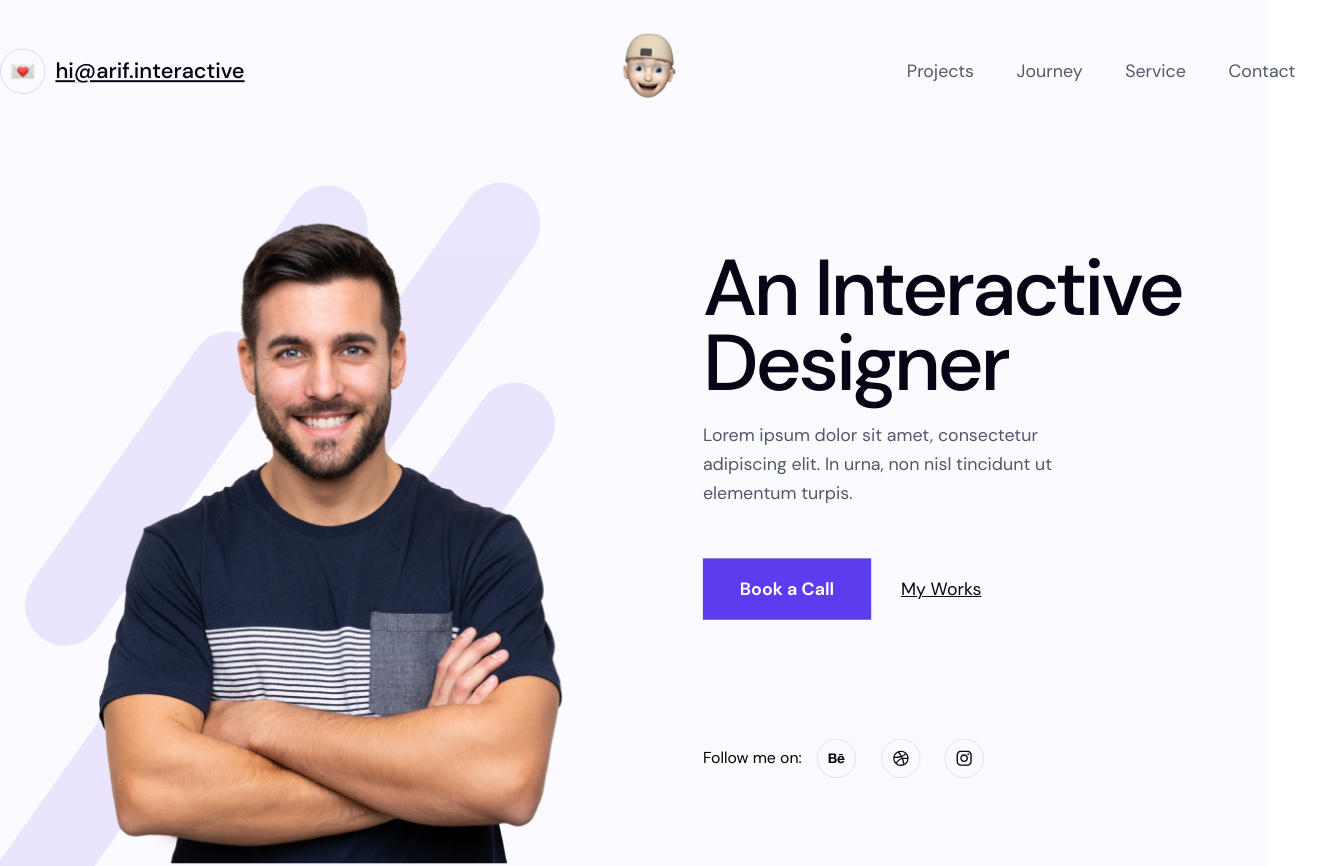
Repository: trantangtuan/project-06-grid-system12column-demo
Page: index.html
An editor plug-in stored every save of this project. The page is shown before and after the next save, followed by the edit.
The browser window is 1280 px wide. The page is 1330 px wide, so the pictures cover 1330 px, including what lies to the right of the window. The pictures show the whole page, at 99% of full size.

Above is the page before, as saved 2024-07-13 21:16:25.

### index.html
<!DOCTYPE html>
<html lang="en">
  <head>
    <meta charset="UTF-8" />
    <meta name="viewport" content="width=device-width, initial-scale=1.0" />
    <title>Project - 06 - use grid systerm 12 column</title>
    <!-- reset css -->
    <link rel="stylesheet" href="./assets/css/reset.css" />
    <!-- grid css -->
    <link rel="stylesheet" href="./assets/css/grid.css" />
    <!-- style css -->
    <link rel="stylesheet" href="./assets/css/style.css" />
    <!-- responsive css -->
    <link rel="stylesheet" href="./assets/css/responsive.css" />
    <!-- font DM sans -->
    <link rel="stylesheet" href="./assets/Font/stylesheet.css" />
  </head>
  <body>
    <!-- header -->
    <header class="header">
      <div class="nav">
        <div class="nav__mail">
          <div class="nav__mail-icon">
            <img
              class="nav__mail-img"
              src="./assets/img/mail-icon.png"
              alt="mail icon"
            />
          </div>
          <a
            href="mailto:nguyenvancuong0345723186@gmail.com"
            class="nav__mail-desc"
          >
            hi@arif.interactive
          </a>
        </div>
        <div class="logo">
          <img src="./assets/img/logo-boy.svg" alt="logo" class="logo-img" />
        </div>
        <ul class="navbar">
          <li>
            <a href="#!" class="navbar__item">Projects</a>
          </li>
          <li>
            <a href="#!" class="navbar__item">Journey</a>
          </li>
          <li>
            <a href="#!" class="navbar__item">Service</a>
          </li>
          <li>
            <a href="#!" class="navbar__item">Contact</a>
          </li>
        </ul>
      </div>
    </header>
    <!-- main -->
    <main class="main">
      <!-- hero -->
      <div class="hero">
        <div class="container">
          <div class="hero__left">
            <img
              class="group-rectangle__left"
              src="./assets/img/group-rectangle-left.svg"
              alt=""
            />
            <img
              src="./assets/img/hero-img.png"
              alt="image hero"
              class="hero__img"
            />
          </div>
          <div class="hero__right">
            <h1 class="hero__title">An Interactive Designer</h1>
            <p class="hero__desc">
              Lorem ipsum dolor sit amet, consectetur adipiscing elit. In urna,
              non nisl tincidunt ut elementum turpis.
            </p>
            <div class="hero__cta">
              <a href="#!" class="btn btn__book-call">Book a Call</a>
              <a href="#!" class="btn__my-detail">My Works</a>
            </div>
            <img class=".group-rectangle__right" src="" alt="" />
            <div class="hero__social-network">
              <span class="social-network__desc">Follow me on:</span>
              <div class="social-network__group">
                <a href="#!">
                  <img
                    src="./assets/img/Goggle.svg"
                    alt="goggle"
                    class="social-network__icon"
                  />
                </a>
                <a href="#!">
                  <img
                    src="./assets/img/icon.svg"
                    alt="icon"
                    class="social-network__icon"
                  />
                </a>
                <a href="#!">
                  <img
                    src="./assets/img/Instagram.svg"
                    alt="instagram"
                    class="social-network__icon"
                  />
                </a>
              </div>
            </div>
          </div>
        </div>
      </div>
    </main>
  </body>
</html>

### assets/css/grid.css
.container,
.container-fluid {
  --spacer: 10px;
  --column-size: 12;
  width: 100%;
  margin-left: auto;
  margin-right: auto;
  padding-left: calc(var(--spacer) / 2);
  padding-right: calc(var(--spacer) / 2);
}

.row {
  display: flex;
  flex-wrap: wrap;

  margin: 0px calc(-1 * var(--spacer) / 2);
}

.gutter-0 {
  --spacer: 0;
}

[class*="offset-"] {
  margin-left: calc(100% / var(--column-size) * var(--offset-value));
}

.offset-1 {
  --offset-value: 1;
}

.offset-2 {
  --offset-value: 2;
}

.offset-3 {
  --offset-value: 3;
}

.offset-4 {
  --offset-value: 4;
}

.offset-5 {
  --offset-value: 5;
}

.offset-6 {
  --offset-value: 6;
}

.offset-7 {
  --offset-value: 7;
}

.offset-8 {
  --offset-value: 8;
}

.offset-9 {
  --offset-value: 9;
}

.offset-10 {
  --offset-value: 10;
}

.offset-11 {
  --offset-value: 11;
}

.col,
.row[class*="row-cols-"] > *,
.row > [class*="col-"] {
  padding-left: calc(var(--spacer) / 2);
  padding-right: calc(var(--spacer) / 2);
}

.row[class*="row-cols-"] > *,
.row > [class*="col-"] {
  flex: 0 0 auto;
}

.row[class*="row-cols-"] > * {
  width: calc(100% / var(--row-cols-number));
}

.row-cols-1 > * {
  --row-cols-number: 1;
}

.row-cols-2 > * {
  --row-cols-number: 2;
}

.row-cols-3 > * {
  --row-cols-number: 3;
}

.row-cols-4 > * {
  --row-cols-number: 4;
}

.row-cols-5 > * {
  --row-cols-number: 5;
}

.row-cols-6 > * {
  --row-cols-number: 6;
}

.row > [class*="col-"] {
  width: calc(100% / var(--column-size) * var(--column-number));
}

.col-1 {
  --column-number: 1;
}

.col-2 {
  --column-number: 2;
}

.col-3 {
  --column-number: 3;
}

.col-4 {
  --column-number: 4;
}

.col-5 {
  --column-number: 5;
}

.col-6 {
  --column-number: 6;
}

.col-7 {
  --column-number: 7;
}

.col-8 {
  --column-number: 8;
}

.col-9 {
  --column-number: 9;
}

.col-10 {
  --column-number: 10;
}

.col-11 {
  --column-number: 11;
}

.col-12 {
  --column-number: 12;
}

/* // Small devices (landscape phones, 576px and up) */
@media (min-width: 576px) {
  .container {
    --spacer: 20px;
    width: 540px;
  }

  .gutter-sm-0 {
    --spacer: 0;
  }

  .offset-sm-1 {
    --offset-value: 1;
  }

  .offset-sm-2 {
    --offset-value: 2;
  }

  .offset-sm-3 {
    --offset-value: 3;
  }

  .offset-sm-4 {
    --offset-value: 4;
  }

  .offset-sm-5 {
    --offset-value: 5;
  }

  .offset-sm-6 {
    --offset-value: 6;
  }

  .offset-sm-7 {
    --offset-value: 7;
  }

  .offset-sm-8 {
    --offset-value: 8;
  }

  .offset-sm-9 {
    --offset-value: 9;
  }

  .offset-sm-10 {
    --offset-value: 10;
  }

  .offset-sm-11 {
    --offset-value: 11;
  }

  .col-sm-1 {
    --column-number: 1;
  }

  .col-sm-2 {
    --column-number: 2;
  }

  .col-sm-3 {
    --column-number: 3;
  }

  .col-sm-4 {
    --column-number: 4;
  }

  .col-sm-5 {
    --column-number: 5;
  }

  .col-sm-6 {
    --column-number: 6;
  }

  .col-sm-7 {
    --column-number: 7;
  }

  .col-sm-8 {
    --column-number: 8;
  }

  .col-sm-9 {
    --column-number: 9;
  }

  .col-sm-10 {
    --column-number: 10;
  }

  .col-sm-11 {
    --column-number: 11;
  }

  .col-sm-12 {
    --column-number: 12;
  }

  .row-cols-sm-1 > * {
    --row-cols-number: 1;
  }

  .row-cols-sm-2 > * {
    --row-cols-number: 2;
  }

  .row-cols-sm-3 > * {
    --row-cols-number: 3;
  }

  .row-cols-sm-4 > * {
    --row-cols-number: 4;
  }

  .row-cols-sm-5 > * {
    --row-cols-number: 5;
  }

  .row-cols-sm-6 > * {
    --row-cols-number: 6;
  }
}

/* // Medium devices (tablets, 768px and up) */
@media (min-width: 768px) {
  .container {
    width: 720px;
  }

  .gutter-md-0 {
    --spacer: 0;
  }

  .offset-md-1 {
    --offset-value: 1;
  }

  .offset-md-2 {
    --offset-value: 2;
  }

  .offset-md-3 {
    --offset-value: 3;
  }

  .offset-md-4 {
    --offset-value: 4;
  }

  .offset-md-5 {
    --offset-value: 5;
  }

  .offset-md-6 {
    --offset-value: 6;
  }

  .offset-md-7 {
    --offset-value: 7;
  }

  .offset-md-8 {
    --offset-value: 8;
  }

  .offset-md-9 {
    --offset-value: 9;
  }

  .offset-md-10 {
    --offset-value: 10;
  }

  .offset-md-11 {
    --offset-value: 11;
  }

  .col-md-1 {
    --column-number: 1;
  }

  .col-md-2 {
    --column-number: 2;
  }

  .col-md-3 {
    --column-number: 3;
  }

  .col-md-4 {
    --column-number: 4;
  }

  .col-md-5 {
    --column-number: 5;
  }

  .col-md-6 {
    --column-number: 6;
  }

  .col-md-7 {
    --column-number: 7;
  }

  .col-md-8 {
    --column-number: 8;
  }

  .col-md-9 {
    --column-number: 9;
  }

  .col-md-10 {
    --column-number: 10;
  }

  .col-md-11 {
    --column-number: 11;
  }

  .col-md-12 {
    --column-number: 12;
  }

  .row-cols-md-1 > * {
    --row-cols-number: 1;
  }

  .row-cols-md-2 > * {
    --row-cols-number: 2;
  }

  .row-cols-md-3 > * {
    --row-cols-number: 3;
  }

  .row-cols-md-4 > * {
    --row-cols-number: 4;
  }

  .row-cols-md-5 > * {
    --row-cols-number: 5;
  }

  .row-cols-md-6 > * {
    --row-cols-number: 6;
  }
}

/* // Large devices (desktops, 992px and up) */
@media (min-width: 992px) {
  .container {
    width: 960px;
    --spacer: 30px;
  }

  .gutter-lg-0 {
    --spacer: 0;
  }

  .offset-lg-1 {
    --offset-value: 1;
  }

  .offset-lg-2 {
    --offset-value: 2;
  }

  .offset-lg-3 {
    --offset-value: 3;
  }

  .offset-lg-4 {
    --offset-value: 4;
  }

  .offset-lg-5 {
    --offset-value: 5;
  }

  .offset-lg-6 {
    --offset-value: 6;
  }

  .offset-lg-7 {
    --offset-value: 7;
  }

  .offset-lg-8 {
    --offset-value: 8;
  }

  .offset-lg-9 {
    --offset-value: 9;
  }

  .offset-lg-10 {
    --offset-value: 10;
  }

  .offset-lg-11 {
    --offset-value: 11;
  }

  .col-lg-1 {
    --column-number: 1;
  }

  .col-lg-2 {
    --column-number: 2;
  }

  .col-lg-3 {
    --column-number: 3;
  }

  .col-lg-4 {
    --column-number: 4;
  }

  .col-lg-5 {
    --column-number: 5;
  }

  .col-lg-6 {
    --column-number: 6;
  }

  .col-lg-7 {
    --column-number: 7;
  }

  .col-lg-8 {
    --column-number: 8;
  }

  .col-lg-9 {
    --column-number: 9;
  }

  .col-lg-10 {
    --column-number: 10;
  }

  .col-lg-11 {
    --column-number: 11;
  }

  .col-lg-12 {
    --column-number: 12;
  }

  .row-cols-lg-1 > * {
    --row-cols-number: 1;
  }

  .row-cols-lg-2 > * {
    --row-cols-number: 2;
  }

  .row-cols-lg-3 > * {
    --row-cols-number: 3;
  }

  .row-cols-lg-4 > * {
    --row-cols-number: 4;
  }

  .row-cols-lg-5 > * {
    --row-cols-number: 5;
  }

  .row-cols-lg-6 > * {
    --row-cols-number: 6;
  }
}

/* // X-Large devices (large desktops, 1200px and up) */
@media (min-width: 1200px) {
  .container {
    width: 1170px;
  }

  .gutter-xl-0 {
    --spacer: 0;
  }

  .offset-xl-1 {
    --offset-value: 1;
  }

  .offset-xl-2 {
    --offset-value: 2;
  }

  .offset-xl-3 {
    --offset-value: 3;
  }

  .offset-xl-4 {
    --offset-value: 4;
  }

  .offset-xl-5 {
    --offset-value: 5;
  }

  .offset-xl-6 {
    --offset-value: 6;
  }

  .offset-xl-7 {
    --offset-value: 7;
  }

  .offset-xl-8 {
    --offset-value: 8;
  }

  .offset-xl-9 {
    --offset-value: 9;
  }

  .offset-xl-10 {
    --offset-value: 10;
  }

  .offset-xl-11 {
    --offset-value: 11;
  }

  .col-xl-1 {
    --column-number: 1;
  }

  .col-xl-2 {
    --column-number: 2;
  }

  .col-xl-3 {
    --column-number: 3;
  }

  .col-xl-4 {
    --column-number: 4;
  }

  .col-xl-5 {
    --column-number: 5;
  }

  .col-xl-6 {
    --column-number: 6;
  }

  .col-xl-7 {
    --column-number: 7;
  }

  .col-xl-8 {
    --column-number: 8;
  }

  .col-xl-9 {
    --column-number: 9;
  }

  .col-xl-10 {
    --column-number: 10;
  }

  .col-xl-11 {
    --column-number: 11;
  }

  .col-xl-12 {
    --column-number: 12;
  }

  .row-cols-xl-1 > * {
    --row-cols-number: 1;
  }

  .row-cols-xl-2 > * {
    --row-cols-number: 2;
  }

  .row-cols-xl-3 > * {
    --row-cols-number: 3;
  }

  .row-cols-xl-4 > * {
    --row-cols-number: 4;
  }

  .row-cols-xl-5 > * {
    --row-cols-number: 5;
  }

  .row-cols-xl-6 > * {
    --row-cols-number: 6;
  }
}

### assets/css/style.css
:root {
  --primary-color: #5d3bee;
  --secondary-color: #51586a;
}

*,
::after,
::before {
  box-sizing: border-box;
}

html {
  font-size: 62.5%;
}

body {
  font-size: 1.6rem;
  font-family: "DM Sans", sans-serif;
}

.item {
  /* width: 33.3333%; */
  border: 1px dashed orange;
  flex: 1 0;
}

/* ======================common======================== */

a {
  text-decoration: none;
  color: var(--secondary-color);
  font-size: 1.8rem;
  font-style: normal;
  font-weight: 400;
}

.btn {
  display: inline-block;
  height: 62px;
  min-width: 170px;
  background-color: var(--primary-color);
  padding: 0px 8px;
  color: #fdfdfd;
  font-size: 1.8rem;
  font-style: normal;
  font-weight: 700;
  line-height: 62px;
  text-align: center;
}

/* ==========================header========================= */

.header {
  background-color: #fbfaff;
  padding-top: 20px;
  position: sticky;
  top: -20px;
  z-index: 999;
}

.nav {
  width: 1330px;
  margin: 0px auto;
  display: flex;
  align-items: center;
}

.nav__mail {
  display: flex;
  align-items: center;
  gap: 0 10px;
}

.nav__mail-icon {
  width: 46px;
  height: 46px;
  border-radius: 50%;
  border: 1px solid #dcd4fc;
  display: flex;
  align-items: center;
  justify-content: center;
}

.nav__mail-desc {
  color: #080415;
  font-size: 2.2rem;
  font-style: normal;
  font-weight: 500;
  line-height: 136.364%;
  text-decoration: underline;
}

.logo {
  margin-left: 357px;
}

.logo-img {
  height: 100px;
  width: 100px;
}

.navbar {
  margin-left: auto;
  display: flex;
  align-items: center;
}

.navbar__item {
  padding: 8px 21.5px;
}

/* ========================main================== */
/* hero */

.hero {
  padding-top: 44px;
  background-color: #fbfaff;
}

.hero > .container {
  position: relative;
  display: flex;
  align-items: center;
  z-index: 2;
}

.hero__left,
.hero__right {
  position: relative;
}

.group-rectangle__left {
  position: absolute;
  z-index: -1;
  bottom: 0;
  right: -170px;
}

.hero__img {
  width: 514px;
}

.hero__right {
  width: 500px;
  margin-left: auto;
}

.hero__title {
  color: #080415;
  font-size: 8rem;
  font-style: normal;
  font-weight: 500;
  line-height: 95%;
  letter-spacing: -3.2px;
}

.hero__desc {
  width: 370px;
  margin-top: 20px;
  color: #51586a;
  font-size: 1.8rem;
  font-style: normal;
  font-weight: 400;
  line-height: 166.667%;
}

.hero__cta {
  margin-top: 50px;
  display: flex;
  align-items: center;
  gap: 30px;
}

.btn__my-detail {
  background-color: transparent;
  color: #080415;
  text-decoration: underline;
}

.hero__social-network {
  margin-top: 104px;
  display: flex;
  /* align-items: center; */
}

.social-network__desc {
  line-height: 40px;
  margin-right: -5px;
}

.social-network__icon {
  width: 40px;
  height: 40px;
  margin-left: 20px;
}

### assets/Font/stylesheet.css
@font-face {
    font-family: 'DM Sans';
    src: url('DMSans-Bold.woff2') format('woff2'),
        url('DMSans-Bold.woff') format('woff');
    font-weight: bold;
    font-style: normal;
    font-display: swap;
}

@font-face {
    font-family: 'DM Sans';
    src: url('DMSans-Italic.woff2') format('woff2'),
        url('DMSans-Italic.woff') format('woff');
    font-weight: normal;
    font-style: italic;
    font-display: swap;
}

@font-face {
    font-family: 'DM Sans';
    src: url('DMSans-BoldItalic.woff2') format('woff2'),
        url('DMSans-BoldItalic.woff') format('woff');
    font-weight: bold;
    font-style: italic;
    font-display: swap;
}

@font-face {
    font-family: 'DM Sans';
    src: url('DMSans-Medium.woff2') format('woff2'),
        url('DMSans-Medium.woff') format('woff');
    font-weight: 500;
    font-style: normal;
    font-display: swap;
}

@font-face {
    font-family: 'DM Sans';
    src: url('DMSans-MediumItalic.woff2') format('woff2'),
        url('DMSans-MediumItalic.woff') format('woff');
    font-weight: 500;
    font-style: italic;
    font-display: swap;
}

@font-face {
    font-family: 'DM Sans';
    src: url('DMSans-Regular.woff2') format('woff2'),
        url('DMSans-Regular.woff') format('woff');
    font-weight: normal;
    font-style: normal;
    font-display: swap;
}

Loaded but not shown: assets/css/reset.css (common file); assets/css/responsive.css (no stored copy; drawn as an empty file)

After the next save:
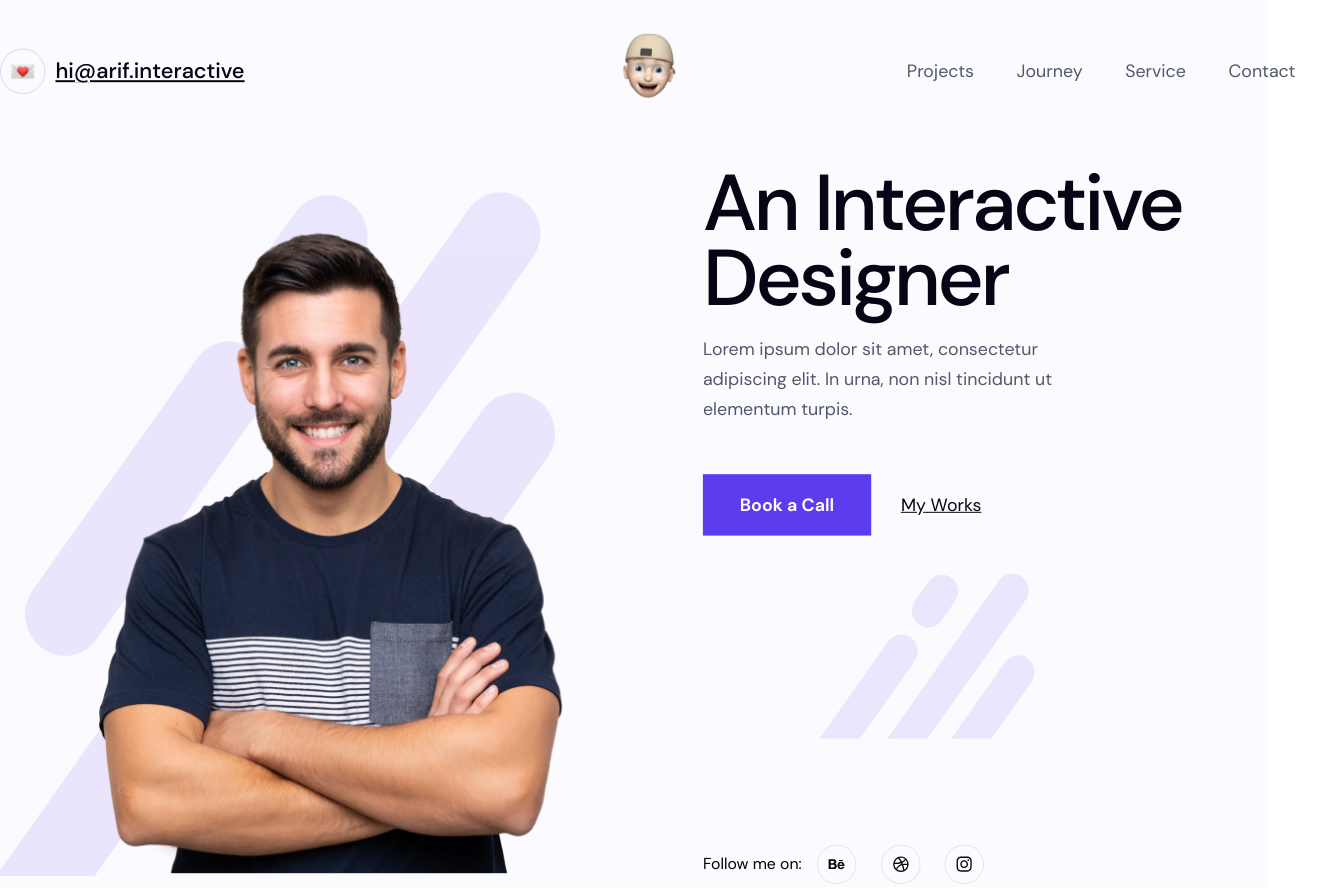
Saved 11 s later.
--- a/index.html
+++ b/index.html
@@ -80,7 +80,11 @@
               <a href="#!" class="btn btn__book-call">Book a Call</a>
               <a href="#!" class="btn__my-detail">My Works</a>
             </div>
-            <img class=".group-rectangle__right" src="" alt="" />
+            <img
+              class=".group-rectangle__right"
+              src="./assets/img/group-rectangle-right.svg"
+              alt=""
+            />
             <div class="hero__social-network">
               <span class="social-network__desc">Follow me on:</span>
               <div class="social-network__group">
